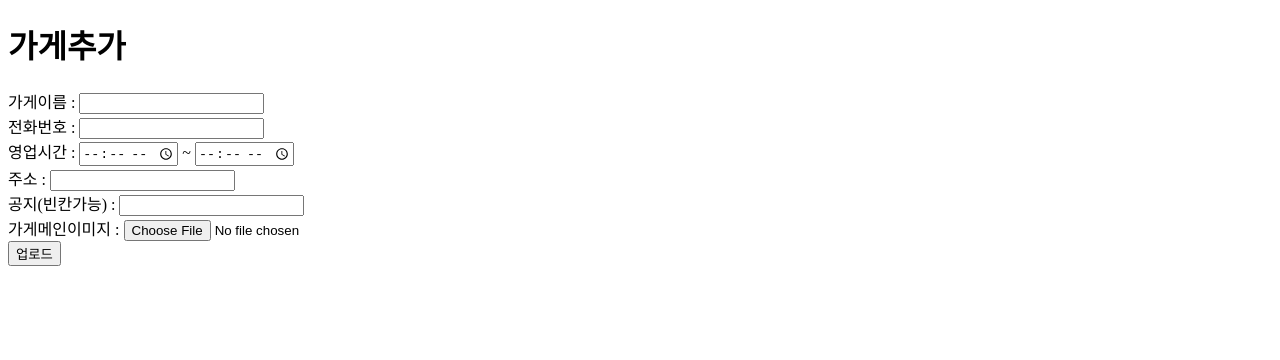
Repository: acredev/Restaurant_Management_System
Page: http://localhost/leekangjo/jsp/test/master/store_add/store_add.jsp
These files come from the project's save history. The page is drawn as it stood at one moment and after the next save; the edit follows.
The browser window is 1280 px wide. The pictures show the whole page.
The page is served by Tomcat 9.

Above is the page before, as saved 2023-05-27 17:58:32.

After the next save:
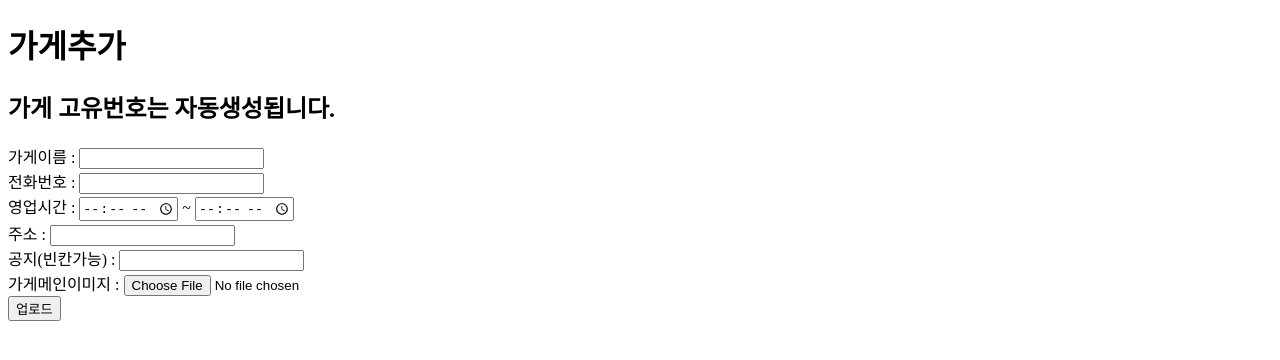
Saved 11 s later.
--- a/leekangjo/WebContent/jsp/test/master/store_add/store_add.jsp
+++ b/leekangjo/WebContent/jsp/test/master/store_add/store_add.jsp
@@ -8,6 +8,7 @@
 </head>
 <body>
 	<h1>가게추가</h1>
+	<h2>가게 고유번호는 자동생성됩니다.</h2>
 	<form action="store_add_send.jsp" method="post" enctype="multipart/form-data">
 		가게이름 : <input type="text" name="store_name"><br>
 		전화번호 : <input type="number" name="store_tel"><br>
